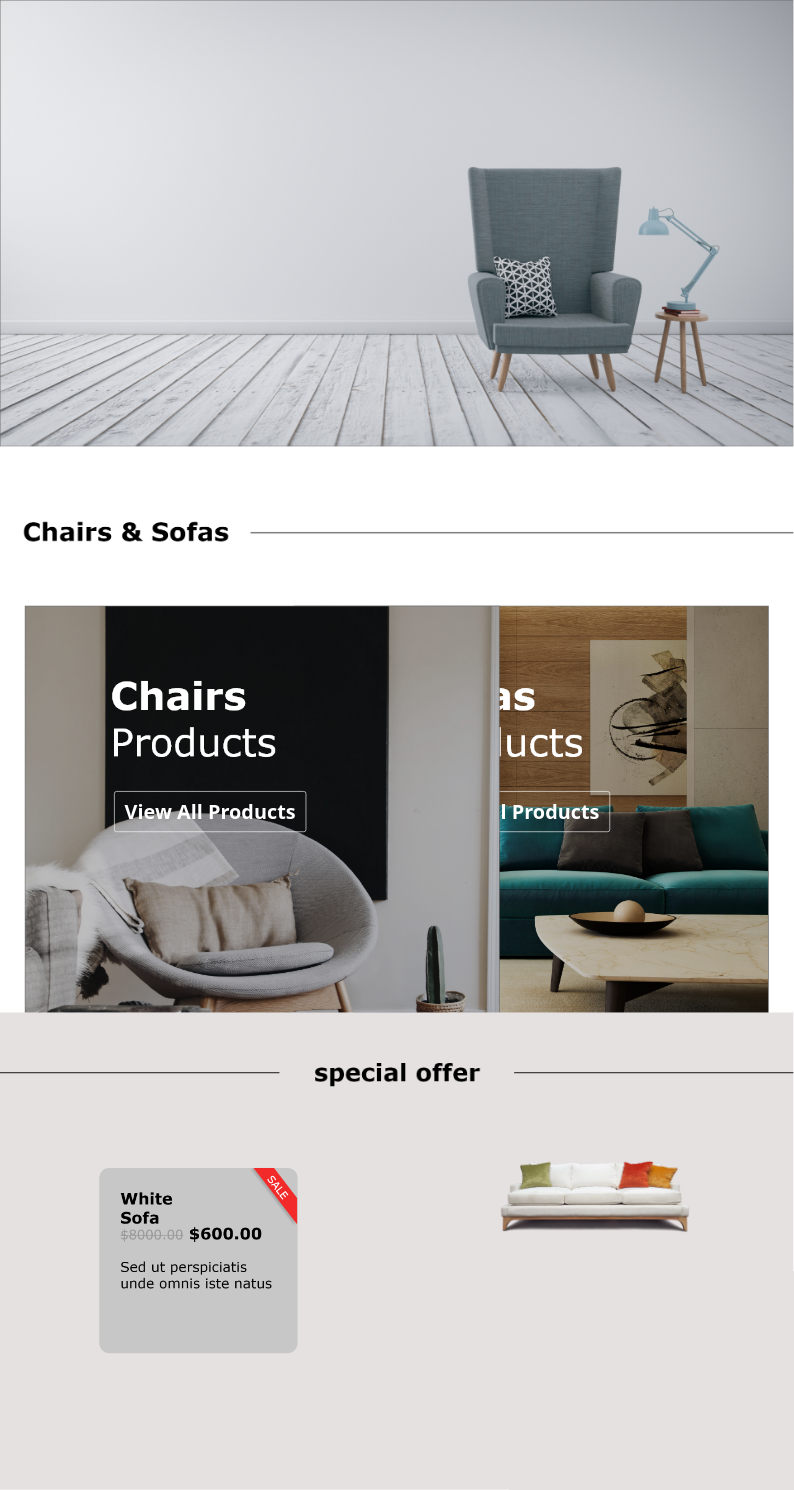
Repository: MEROO1010/creative_home
Page: /
The author's editor kept a copy of each file at every save. The page is drawn from the files as they stood at one save, then again after a run of saves.
The browser window is 1280 px wide. The pictures show the whole page, at 62% of full size.
The project was rebuilt for these pictures with package versions that can differ from the ones it lists, and the page was loaded fresh each time. The framework's server and built-in components were replaced by stand-ins that run in the browser. Also part of the build but not shown: next.config.js.

Above is the page before, as saved 2022-12-12 10:02:24.

### pages/_app.tsx
import '../styles/globals.css'
import type { AppProps } from 'next/app'

export default function App({ Component, pageProps }: AppProps) {
  return <Component {...pageProps} />


}

### pages/index.tsx
import styles from '../styles/Home.module.css'
import Firstsection from '../components/Firstsection'
import Chair_Sofa from '../components/Chair_Sofa'
import SpecialOffer from '../components/SpecialOffer'



export default function Home() {
  return (
    <div className='overflow-y-auto'>

    <div>
      <Firstsection/>

      <Chair_Sofa/>

      <div  >
      <SpecialOffer/>
      </div>



    </div>



    </div>

  )
}

### components/Firstsection.tsx
import React from 'react'
import Image from 'next/image'
import first_img from '../assets/images/first_img.png'


const firstsection = () => {
  return (
    <div>
      <Image src={first_img} alt={''}/>
    </div>
  )
}

export default firstsection

### components/Chair_Sofa.tsx
import React from 'react'
import Image from 'next/image'

import Title1 from '../assets/images/title1.png'
import righBtn from '../assets/images/btn-r.png'
import leftBtn from '../assets/images/btn-l.png'




const Chair_Sofa = () => {
  return (
    <div className='py-4 '>
     <div className='my-20 py-4'>
     <Image src={Title1} alt={''}/>
     </div>

     <div className=" absolute   	 right-10	     ">
      <Image src={righBtn} alt={''}/>
      <div className="absolute bottom-60   left-40 mx-10 my-28 bg-transparent hover:bg-gray-500 text-white  text-[32px] font-semibold hover:text-white py-2 px-4 border border-white hover:border-transparent rounded w-394 h-82   "><button>View All Products</button></div>
     </div>

     <div className=" absolute left-10  ">
      <Image src={leftBtn} alt={''}/>
      <div className="absolute bottom-60   left-20 mx-16 my-28 bg-transparent hover:bg-gray-500 text-white  text-[32px] font-semibold hover:text-white py-2 px-4 border border-white hover:border-transparent rounded w-394 h-82   "><button>View All Products</button></div>
     </div>

      <div>

      </div>

   </div>
  )
}

export default Chair_Sofa

### components/SpecialOffer.tsx
import React from 'react'
import Image from 'next/image'
import specialOffer from '../assets/images/specialOffer.png'
import sofa2 from '../assets/images/sofa2.png'
import image2 from '../assets/images/img2.png'




const SpecialOffer = () => {
  return (
    <div className='bottom-100'>
      <div className="relative bg-[#E6E1E1]  py-10    my-80  top-80    ">
        <div className=' py-4 my-4 top-20'>
          <Image src={specialOffer} alt=''/>

         </div>

         <div className='  relative mx-80 left-80 px-40'>
          <Image src={sofa2} alt=''/>

         </div>

         <div className='relative  mx-80 right-80 bottom-40 px-40 py-5 '>
          <Image src={image2} alt=''/>
         </div>
    </div>
    </div>
  )
}

export default SpecialOffer

### tailwind.config.js
/** @type {import('tailwindcss').Config} */
module.exports = {
  content: [
    "./pages/**/*.{js,ts,jsx,tsx}",
    "./components/**/*.{js,ts,jsx,tsx}",
  ],
  theme: {

    extend: {},
  },
  plugins: [],
}

Loaded but not shown: styles/globals.css (common file)

After the next 3 saves:
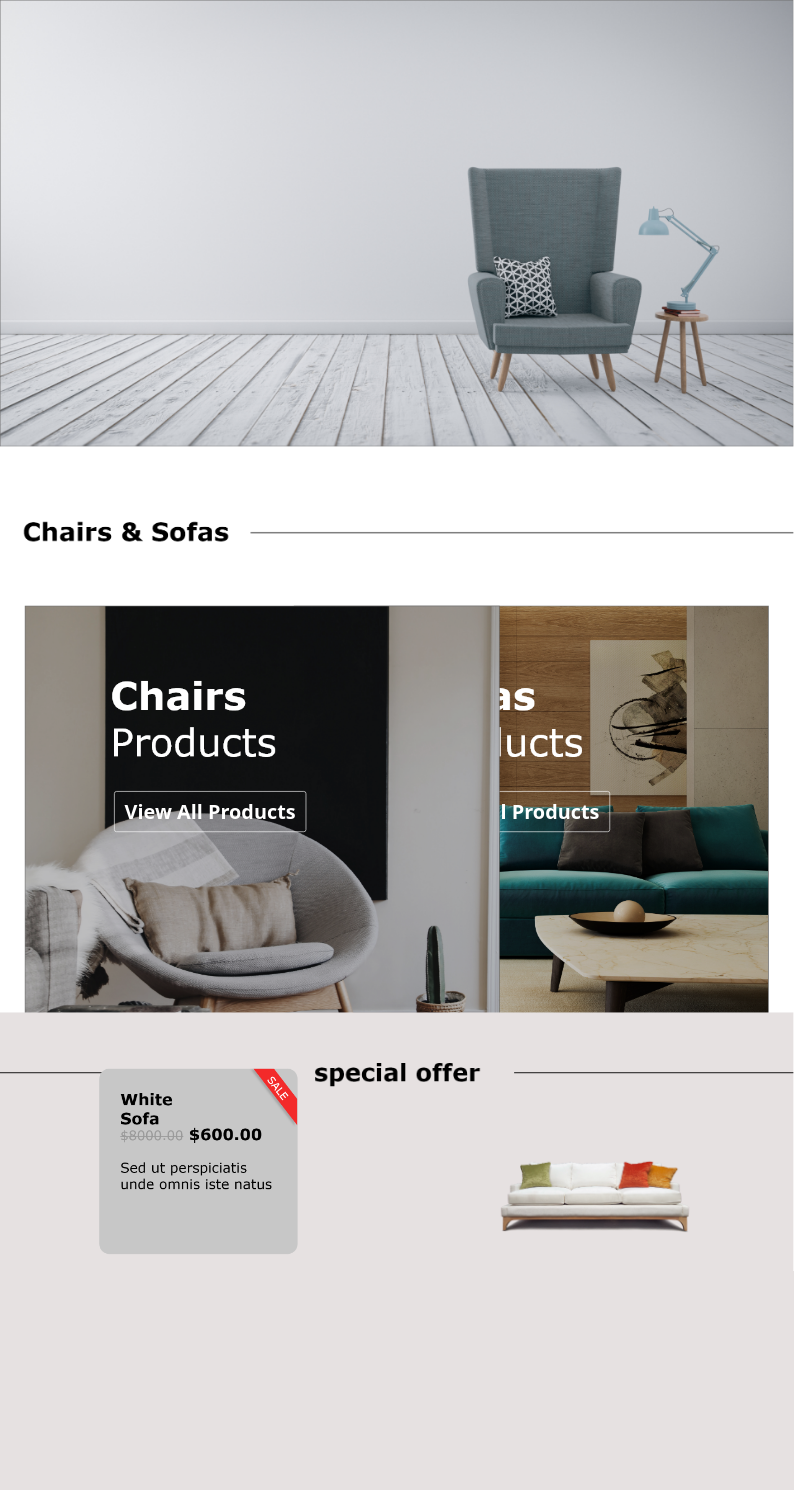
The 3 saves are shown as one change because they came seconds apart.
The last was saved 9 s later.
--- a/components/SpecialOffer.tsx
+++ b/components/SpecialOffer.tsx
@@ -21,7 +21,7 @@ const SpecialOffer = () => {
 
          </div>
 
-         <div className='relative  mx-80 right-80 bottom-40 px-40 py-5 '>
+         <div className='relative  mx-80 right-80 bottom-80 px-40 py-5 '>
           <Image src={image2} alt=''/>
          </div>
     </div>
